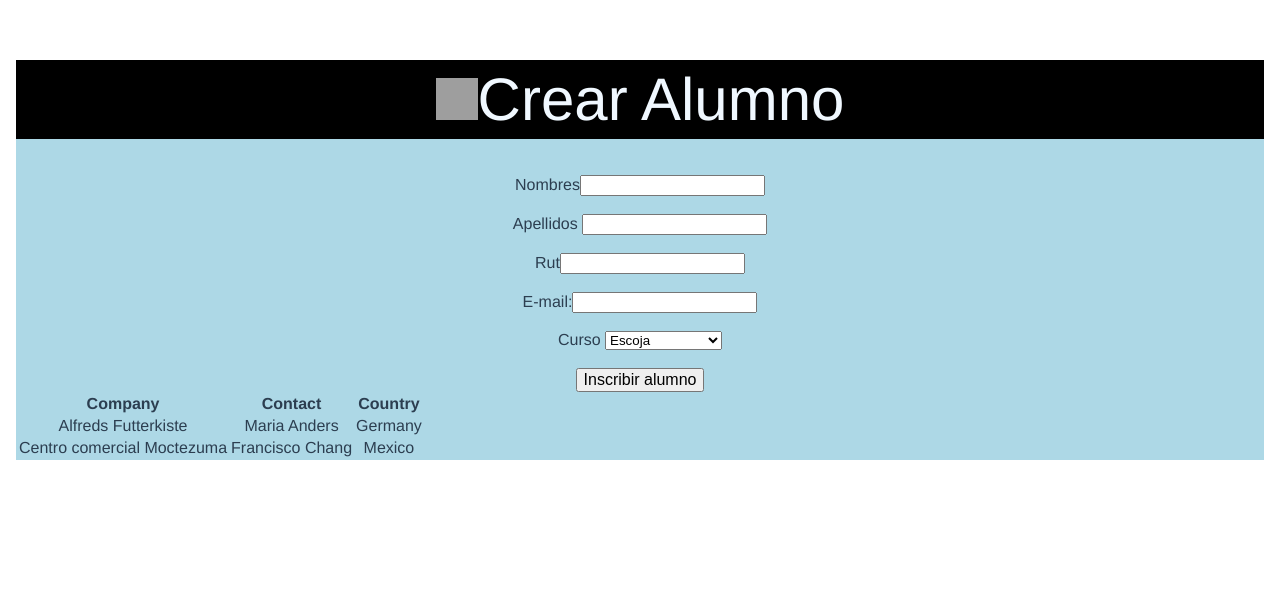
Repository: franciscamanquecheo/Tarea6ET
Page: / (app in my-project/)
These files come from the project's save history. The page is drawn as it stood at one moment and after the next save; the edit follows.
The browser window is 1280 px wide. The pictures show the whole page.
Pictures or frames that could not be fetched are drawn as grey boxes. The project was rebuilt for these pictures with package versions that can differ from the ones it lists, and the page was loaded fresh each time. Also part of the build but not shown: my-project/vue.config.js.

Above is the page before, as saved 2022-06-19 23:34:08.

After the next save:
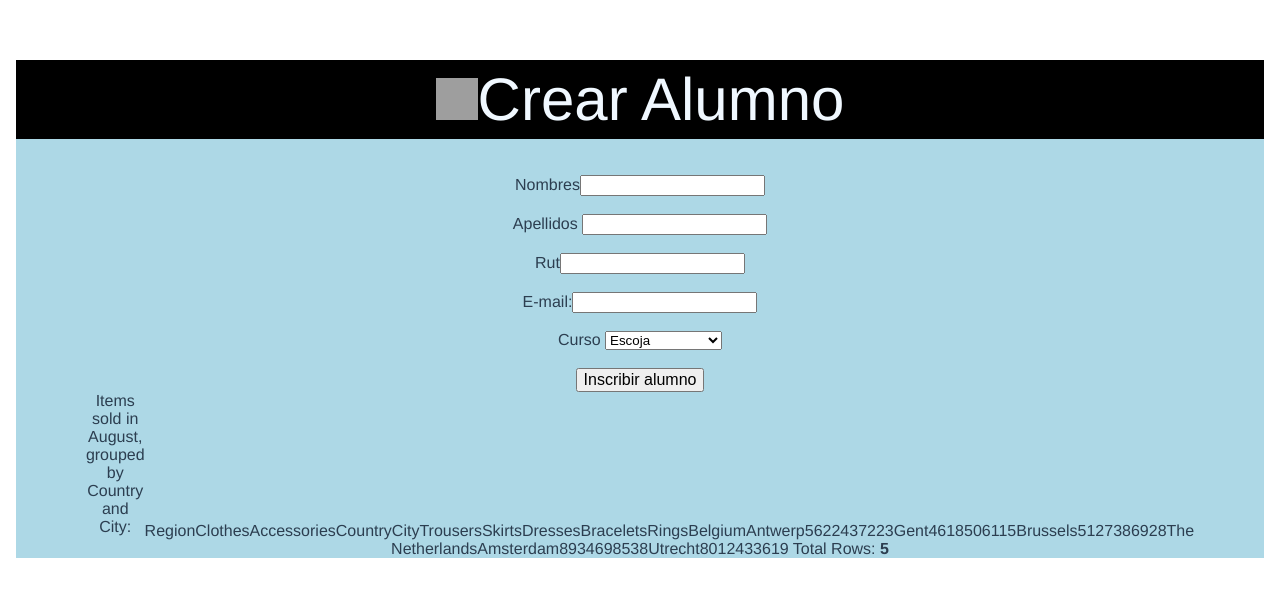
Saved 99 s later.
--- a/my-project/src/components/HelloWorld.vue
+++ b/my-project/src/components/HelloWorld.vue
@@ -39,23 +39,90 @@
           <button type="submit" class="btn btn-primary">Inscribir alumno</button>
 
       </form>
-      <table>
-  <tr>
-    <th>Company</th>
-    <th>Contact</th>
-    <th>Country</th>
-  </tr>
-  <tr>
-    <td>Alfreds Futterkiste</td>
-    <td>Maria Anders</td>
-    <td>Germany</td>
-  </tr>
-  <tr>
-    <td>Centro comercial Moctezuma</td>
-    <td>Francisco Chang</td>
-    <td>Mexico</td>
-  </tr>
-</table>
+     <b-table-simple hover small caption-top responsive>
+  <caption>
+    Items sold in August, grouped by Country and City:
+  </caption>
+  <colgroup>
+    <col />
+    <col />
+  </colgroup>
+  <colgroup>
+    <col />
+    <col />
+    <col />
+  </colgroup>
+  <colgroup>
+    <col />
+    <col />
+  </colgroup>
+  <b-thead head-variant="dark">
+    <b-tr>
+      <b-th colspan="2">Region</b-th>
+      <b-th colspan="3">Clothes</b-th>
+      <b-th colspan="2">Accessories</b-th>
+    </b-tr>
+    <b-tr>
+      <b-th>Country</b-th>
+      <b-th>City</b-th>
+      <b-th>Trousers</b-th>
+      <b-th>Skirts</b-th>
+      <b-th>Dresses</b-th>
+      <b-th>Bracelets</b-th>
+      <b-th>Rings</b-th>
+    </b-tr>
+  </b-thead>
+  <b-tbody>
+    <b-tr>
+      <b-th rowspan="3">Belgium</b-th>
+      <b-th class="text-right">Antwerp</b-th>
+      <b-td>56</b-td>
+      <b-td>22</b-td>
+      <b-td>43</b-td>
+      <b-td variant="success">72</b-td>
+      <b-td>23</b-td>
+    </b-tr>
+    <b-tr>
+      <b-th class="text-right">Gent</b-th>
+      <b-td>46</b-td>
+      <b-td variant="warning">18</b-td>
+      <b-td>50</b-td>
+      <b-td>61</b-td>
+      <b-td variant="danger">15</b-td>
+    </b-tr>
+    <b-tr>
+      <b-th class="text-right">Brussels</b-th>
+      <b-td>51</b-td>
+      <b-td>27</b-td>
+      <b-td>38</b-td>
+      <b-td>69</b-td>
+      <b-td>28</b-td>
+    </b-tr>
+    <b-tr>
+      <b-th rowspan="2">The Netherlands</b-th>
+      <b-th class="text-right">Amsterdam</b-th>
+      <b-td variant="success">89</b-td>
+      <b-td>34</b-td>
+      <b-td>69</b-td>
+      <b-td>85</b-td>
+      <b-td>38</b-td>
+    </b-tr>
+    <b-tr>
+      <b-th class="text-right">Utrecht</b-th>
+      <b-td>80</b-td>
+      <b-td variant="danger">12</b-td>
+      <b-td>43</b-td>
+      <b-td>36</b-td>
+      <b-td variant="warning">19</b-td>
+    </b-tr>
+  </b-tbody>
+  <b-tfoot>
+    <b-tr>
+      <b-td colspan="7" variant="secondary" class="text-right"> Total Rows: <b>5</b> </b-td>
+    </b-tr>
+  </b-tfoot>
+</b-table-simple>
+
   </body>
 </template>
 
